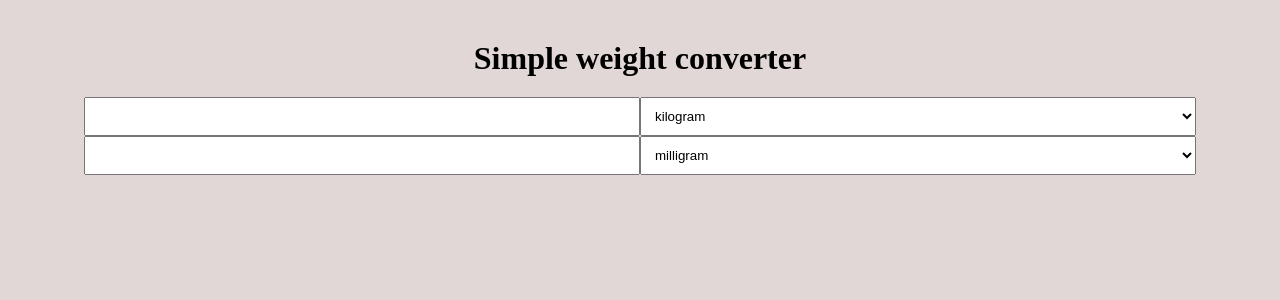
Repository: Eugene44-hub/weight-converter
Page: index.html
An editor plug-in stored every save of this project. The page is shown before and after the next save, followed by the edit.
The browser window is 1280 px wide. The pictures show the whole page.

Above is the page before, as saved 2021-09-20 05:04:40.

After the next save:
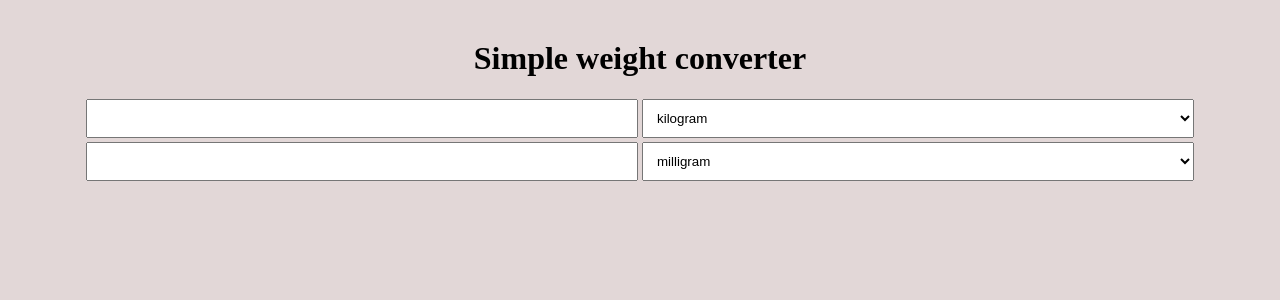
Saved 5 min 9 s later.
--- a/style.css
+++ b/style.css
@@ -34,4 +34,5 @@ select {
 select,
 input {
     flex: 40%;
+    margin: 2px;
 }
